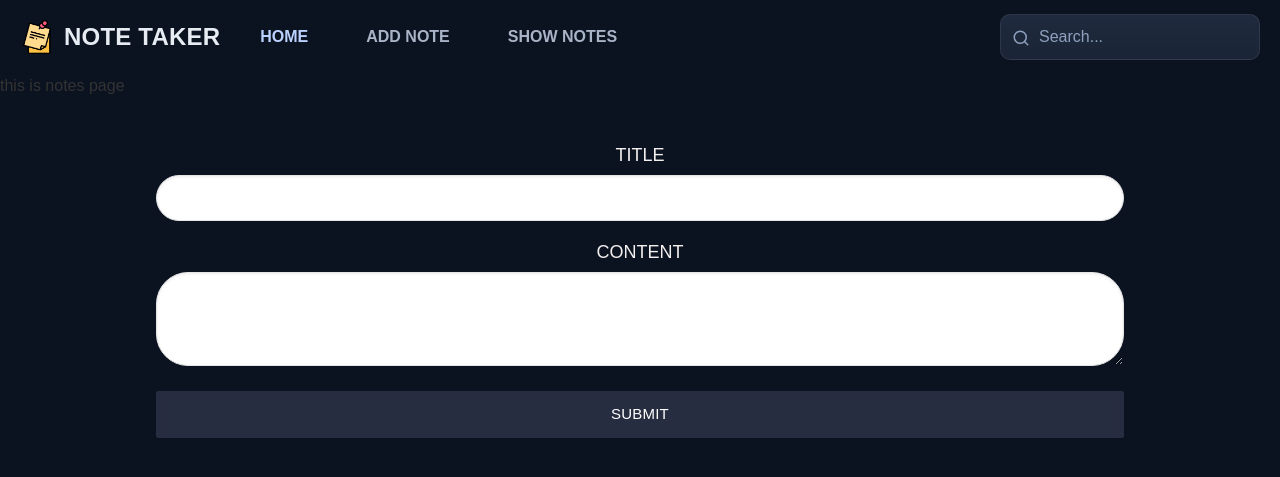
Repository: DEBDEEPTA/NOTE-TAKER
Page: http://localhost/NoteTaker/addnotes.jsp
An editor plug-in stored every save of this project. The page is shown before and after the next save, followed by the edit.
The browser window is 1280 px wide. The pictures show the whole page.
Some web fonts or font styles are not loaded; a fallback is used. The page is served by Tomcat 9. Other server files are loaded and not shown.

Above is the page before, as saved 2025-10-03 07:29:19.

### NoteTaker/src/main/webapp/addnotes.jsp
<%@ page language="java" contentType="text/html; charset=UTF-8"
    pageEncoding="UTF-8"%>
<!DOCTYPE html>
<html>
<head>
<meta charset="UTF-8">

<meta name="viewport" content="width=device-width, initial-scale=1, shrink-to-fit=no">

    <!-- Bootstrap CSS -->
 <link rel="stylesheet" href="https://cdn.jsdelivr.net/npm/bootstrap@4.4.1/dist/css/bootstrap.min.css" integrity="sha384-Vkoo8x4CGsO3+Hhxv8T/Q5PaXtkKtu6ug5TOeNV6gBiFeWPGFN9MuhOf23Q9Ifjh" crossorigin="anonymous">

<title>ADD_NOTES</title>

</head>
<body>

	 <div class="navContainer">
   		<%@include file ="navbar.jsp"%>
   	</div>


   	<p>this is notes page</p>

   <!-- NOTE FORM -->

  <div class="formContainer">
   		<%@include file ="form.jsp"%>
   	</div>

</body>
</html>

### NoteTaker/src/main/webapp/navbar.jsp
<%@ page language="java" contentType="text/html; charset=UTF-8"
    pageEncoding="UTF-8"%>
<!DOCTYPE html>
<html>
<head>
<meta charset="UTF-8">
<meta name="viewport" content="width=device-width, initial-scale=1.0">

<title>NAVBAR</title>

 <link rel="stylesheet" href="./css/navbar.css">
 <link rel="preconnect" href="https://fonts.googleapis.com">
 <link rel="preconnect" href="https://fonts.gstatic.com" crossorigin>
 <link href="https://fonts.googleapis.com/css2?family=Inter:wght@400;500;600;700&display=swap" rel="stylesheet">
</head>



<body>
  <header class="site-header">
    <nav class="navbar" aria-label="Main navigation">
      <span class="brand" aria-label="Flowbite home">
        <img class="brand-logo" src="media/sticky-notes.png" alt="Note Taker logo" />
        <span class="brand-text">NOTE TAKER</span>
      </span>

      <button class="menu-toggle" aria-label="Open menu" aria-expanded="false" aria-controls="mobile-menu">
        <svg viewBox="0 0 24 24" width="24" height="24" fill="none" stroke="currentColor" stroke-width="2" stroke-linecap="round" stroke-linejoin="round" aria-hidden="true">
          <line x1="3" y1="6" x2="21" y2="6"></line>
          <line x1="3" y1="12" x2="21" y2="12"></line>
          <line x1="3" y1="18" x2="21" y2="18"></line>
        </svg>
      </button>


      <ul class="nav-links" role="list">
        <li><a class="nav-link active" href="index.jsp">HOME</a></li>
        <li><a class="nav-link" href="addnotes.jsp">ADD NOTE</a></li>
        <li><a class="nav-link" href="#services">SHOW NOTES</a></li>
      </ul>


      <form class="search" role="search" aria-label="Site">
        <span class="search-icon" aria-hidden="true">
          <svg viewBox="0 0 24 24" width="18" height="18" fill="none" stroke="currentColor" stroke-width="2" stroke-linecap="round" stroke-linejoin="round" aria-hidden="true">
            <circle cx="11" cy="11" r="8"></circle>
            <line x1="21" y1="21" x2="16.65" y2="16.65"></line>
          </svg>
        </span>
        <input class="search-input" type="search" placeholder="Search..." aria-label="Search" />
      </form>
    </nav>
  </header>
  <ul id="mobile-menu" class="mobile-menu" role="list" hidden>
    <li><a class="nav-link active" href="#">HOME</a></li>
    <li><a class="nav-link" href="#about">ADD NOTE</a></li>
    <li><a class="nav-link" href="#services">SHOW NOTES</a></li>
  </ul>
  <script>
  (function(){
    var toggle = document.querySelector('.menu-toggle');
    var menu = document.getElementById('mobile-menu');
    if(!toggle || !menu) return;
    toggle.addEventListener('click', function(){
      var isOpen = toggle.getAttribute('aria-expanded') === 'true';
      toggle.setAttribute('aria-expanded', String(!isOpen));
      menu.hidden = isOpen;
    });
    // Close menu when clicking a link
    menu.addEventListener('click', function(e){
      var target = e.target;
      if(target && target.tagName === 'A'){
        toggle.setAttribute('aria-expanded','false');
        menu.hidden = true;
      }
    });
  })();
  </script>
</body>


</html>

### NoteTaker/src/main/webapp/form.jsp
<!DOCTYPE html>
<html lang="en">
<head>
<meta charset="UTF-8">
<meta name="viewport" content="width=device-width, initial-scale=1.0">
<title>Contact Form</title>
<link rel="stylesheet" href="./css/form.css">
<link rel="preconnect" href="https://fonts.googleapis.com">
<link rel="preconnect" href="https://fonts.gstatic.com" crossorigin>
<link href="https://fonts.googleapis.com/css2?family=Alan+Sans:wght@300..900&family=Bungee+Inline&family=Fugaz+One&family=Ribeye+Marrow&display=swap" rel="stylesheet">
</head>
<body>
<div class="form-card">
<form action="#" method="post" class="contact-form" novalidate>
<div class="form-group">
<label for="phone">TITLE</label>
<input type="tel" id="phone" name="phone" placeholder="" />
<small class="hint" aria-hidden="true"></small>
<div class="error" aria-live="polite"></div>
</div>

<div class="form-group">
<label for="message">CONTENT</label>
<textarea id="message" name="message" rows="3"></textarea>
<div class="error" aria-live="polite"></div>
</div>

<button type="submit" class="submit-btn">SUBMIT</button>
</form>
</div>
</body>
</html>

### NoteTaker/src/main/webapp/css/navbar.css
:root{
  --bg:#0b1220;
  --panel:#1b2537;
  --panel-press:#223049;
  --text:#e7ecf3;
  --muted:#a9b4c7;
  --brand-start:#4f46e5;
  --brand-end:#06b6d4;
  --ring:rgba(99,102,241,.4);
}

*{box-sizing:border-box}
html,body{height:100%}
body{
  margin:0;
  font-family:"Inter",system-ui,-apple-system,Segoe UI,Roboto,Helvetica,Arial,sans-serif;
  background:var(--bg);
  color:var(--text);
}

.site-header{position:sticky;top:0;z-index:10;background:var(--bg)}

.navbar{
  display:flex;
  align-items:center;
  gap:24px;
  padding:14px 20px;
  max-width:100%;
  margin:0 auto;
}

.brand{display:flex;align-items:center;gap:10px;text-decoration:none;color:var(--text)}
.brand-text{font-size:24px;font-weight:700;letter-spacing:.2px}
/* sticky note image logo */
.brand-logo{width:34px;height:34px;display:inline-block;object-fit:contain;border-radius:6px}


/* hamburger button (hidden by default) */
.menu-toggle{display:none;margin-left:auto;background:none;border:0;color:var(--text);padding:8px;border-radius:8px;cursor:pointer}
.menu-toggle:hover{background:var(--panel)}
.menu-toggle:active{background:var(--panel-press)}

/* mobile dropdown menu */
.mobile-menu{list-style:none;margin:8px 20px 0;padding:8px;border:1px solid rgba(255,255,255,.08);background:linear-gradient(180deg,#1f2a3e,#1a2436);border-radius:12px;max-width:1200px}
.mobile-menu li + li{border-top:1px solid rgba(255,255,255,.06)}
.mobile-menu .nav-link{display:block;padding:12px 10px}


.nav-links{display:flex;align-items:center;gap:26px;list-style:none;margin:0;padding:0}
.nav-link{color:var(--muted);text-decoration:none;font-weight:600}
.nav-link:hover{color:var(--text)}
.nav-link.active{color:#bcd2ff}

.search{margin-left:auto;position:relative;display:flex;align-items:center}
.search-icon{position:absolute;left:12px;color:#8fa0bd}
.search-input{
  width:260px;
  padding:10px 12px 10px 38px;
  border-radius:10px;
  background:linear-gradient(180deg,#1f2a3e,#1a2436);
  border:1px solid rgba(255,255,255,.08);
  color:var(--text);
  outline:none;
  transition:box-shadow .15s ease, background-color .15s ease, border-color .15s ease;
}
.search-input::placeholder{color:#8fa0bd}
.search-input:focus{box-shadow:0 0 0 3px var(--ring);border-color:#6b79ff}
.search-input:hover{background:var(--panel)}
.search-input:active{background:var(--panel-press)}

/* responsiveness */
@media (max-width:720px){
  .navbar{gap:16px}
  .nav-links{display:none}
  .search-input{width:180px}
  .menu-toggle{display:inline-flex;align-items:center;justify-content:center}
}

### NoteTaker/src/main/webapp/css/form.css
/* Basic reset */
*{box-sizing:border-box}
html,body{margin:0;padding:0;font-family:Arial,Helvetica,sans-serif;color:#333}

/* Card container to mimic screenshot spacing */
.form-card{max-width:62rem;margin:32px auto;padding:12px}

/* Form */
.contact-form{display:block}
.form-group{margin-bottom:18px}
.form-group label{
    display:block;
    font-size:18px;
    color:#f4efef;
    margin-bottom:6px;
    text-align:center;

    font-family: "Fugaz One", sans-serif;
    font-weight: 400;
    font-style: normal;
}

/* Inputs look like white boxes with subtle inner shadow */
.contact-form input[type="tel"],

.contact-form textarea{
  width:100%;
  border:1px solid #e5e5e5;
  border-radius:2rem;
  padding:10px 8px;
  font-size:16px;
  font-weight:bold;
  outline:none;
  box-shadow:inset 0 1px 3px rgba(0,0,0,.08);
  text-align:center;
}
.contact-form textarea{resize:vertical;min-height:70px}
.contact-form input:focus,
.contact-form textarea:focus{border-color:#c9c9c9;box-shadow:inset 0 1px 3px rgba(0,0,0,.1),0 0 0 2px rgba(0,0,0,.02)}

/* Error/hint placeholders (not used now, but ready) */
.error{color:#c0392b;font-size:12px;margin-top:6px;display:none}
.hint{color:#aaa;font-size:11px}

/* Submit button: wide gray bar with white text */
.submit-btn{
  width:100%;

 	/* From https://css.glass */
	background: rgba(185, 183, 243, 0.16);
	border-radius: 16px;
	box-shadow: 0 4px 30px rgba(0, 0, 0, 0.1);
	backdrop-filter: blur(3.9px);
	-webkit-backdrop-filter: blur(3.9px);
	border: 1px solid rgba(185, 183, 243, 0.11);

  color:#fff;
  border:none;
  border-radius:2px;
  padding:12px 10px;
  font-size:15px;
  font-weight:600;
  letter-spacing:.2px;
  cursor:pointer;
  box-shadow:0 1px 0 rgba(0,0,0,.05);

  font-family: "Fugaz One", sans-serif;
  font-weight: 400;
  font-style: normal;
}
.submit-btn:hover{background:#a93333}
.submit-btn:active{background:#a93333}

After the next save:
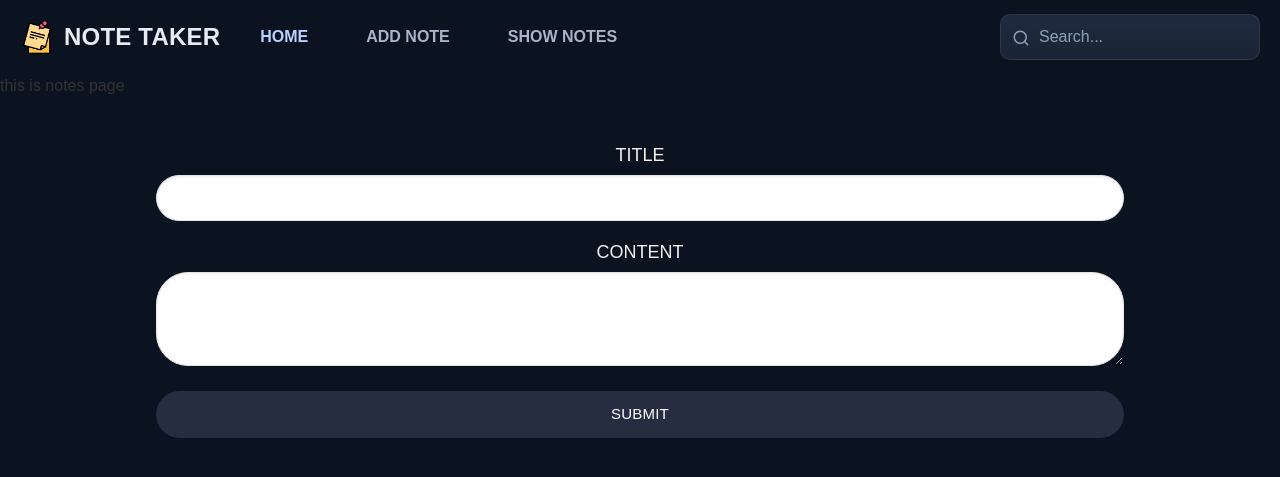
Saved 37 s later.
--- a/NoteTaker/src/main/webapp/css/form.css
+++ b/NoteTaker/src/main/webapp/css/form.css
@@ -56,7 +56,7 @@ html,body{margin:0;padding:0;font-family:Arial,Helvetica,sans-serif;color:#333}
 
   color:#fff;
   border:none;
-  border-radius:2px;
+  border-radius:2rem;
   padding:12px 10px;
   font-size:15px;
   font-weight:600;
